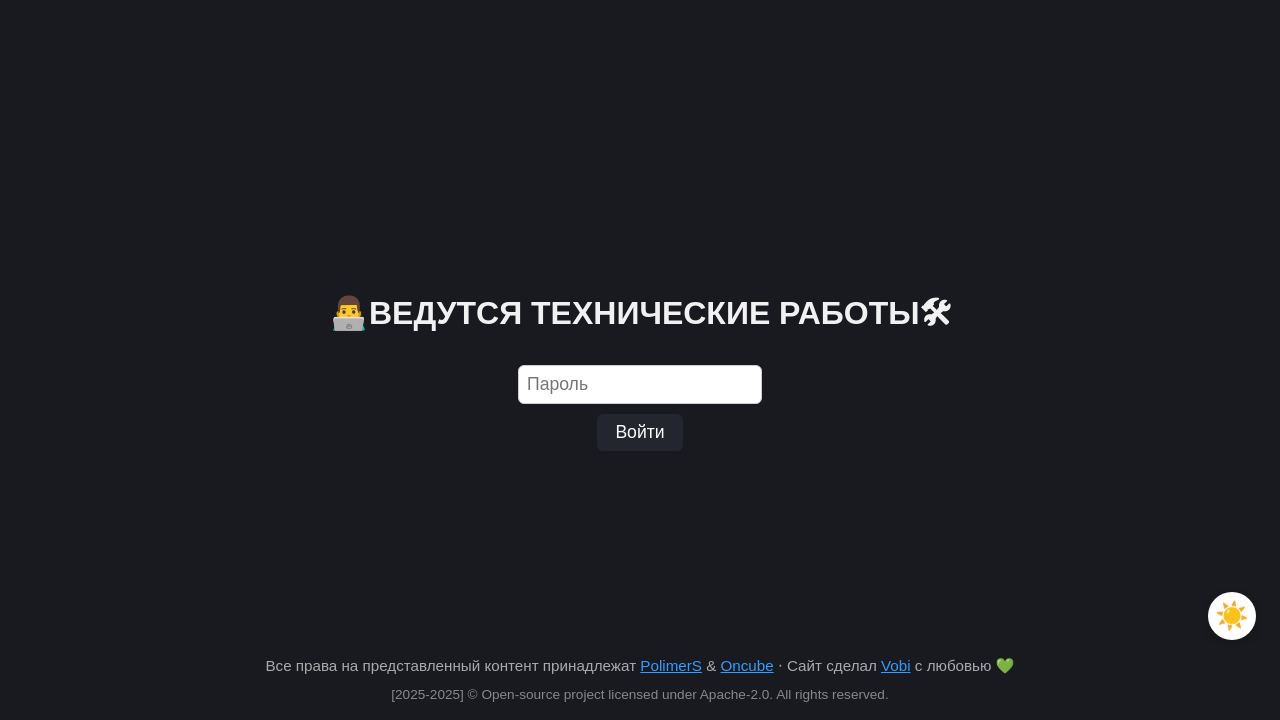
Repository: oncube-dev/OnCube-dev_website
Page: files_for_hosting/html_plus_js.version/index.html
These files come from the project's save history. The page is drawn as it stood at one moment and after the next save; the edit follows.
The browser window is 1280 px wide. The pictures show the whole page.
The page's requests for data from a server got no answer.

Above is the page before, as saved 2025-07-28 15:26:43.

### files_for_hosting/html_plus_js.version/index.html
<!DOCTYPE html>
<html lang="ru">
<head>
    <meta charset="UTF-8">
    <title>Полимер, когда видео?</title>
    <link rel="stylesheet" href="style.css">
    <style>
        body { transition: background 0.2s, color 0.2s; }
        #auth-copyright {
            position: absolute;
            left: 0;
            right: 0;
            bottom: 24px;
            text-align: center;
            font-size: 0.85em;
            color: #888;
            width: 100%;
            pointer-events: none;
        }
        .footer-note {
            position: fixed;
            left: 0;
            right: 0;
            bottom: 45px;
            text-align: center;
            font-size: 0.95em;
            color: #888;
            width: 100vw;
            z-index: 101;
            background: none;
            pointer-events: none;
        }
        #auth-copyright {
            position: fixed;
            left: 0;
            right: 0;
            bottom: 18px;
            text-align: center;
            font-size: 0.85em;
            color: #888;
            width: 100vw;
            pointer-events: none;
            z-index: 100;
        }
    </style>
</head>
<body>
    <div id="auth-container" style="display:flex; flex-direction:column; align-items:center; justify-content:center; min-height:100vh; position:relative;">
        <h1>👨‍💻ВЕДУТСЯ ТЕХНИЧЕСКИЕ РАБОТЫ🛠</h1>
        <input type="password" id="password-input" placeholder="Пароль" style="padding:8px; font-size:1.1em; margin-bottom:10px; border-radius:6px; border:1px solid #ccc;">
        <button id="login-btn" style="padding:8px 18px; font-size:1.1em; border-radius:6px; border:none; background:#23262f; color:#fff; cursor:pointer;">Войти</button>
        <div id="auth-error" style="color:#d32f2f; margin-top:10px; display:none;">Неверный пароль!</div>
    </div>
    <div id="main-content" style="display:none;">
        <div class="timer-container">
            <h1>С момента выхода последнего видео PolimerS прошло:</h1>
            <div id="timer">Загрузка...</div>
        </div>
    </div>
    <button id="theme-toggle" class="theme-toggle-btn" title="Переключить тему">🌙</button>
    <footer class="footer-note">
        Все права на представленный контент принадлежат <a href="https://www.youtube.com/@PolimerS" target="_blank" style="text-decoration:underline;">PolimerS</a> & <a href="https://github.com/oncube-dev" target="_blank" style="text-decoration:underline;">Oncube</a> ⋅ Сайт сделал <a href="https://vobi.bio.link/" target="_blank" style="text-decoration:underline;">Vobi</a> с любовью 💚
    </footer>
    <div id="auth-copyright">[2025-2025] © Open-source project licensed under Apache-2.0. All rights reserved.</div>
    <script>
        const API_KEY = 'AIzaSyD_5JR2KFtfjfmsiwnueCyyJkvWOh__aOI';
        const CHANNEL_ID = 'UCACwRQLU0Bq5yxijfnBPRfQ';

        let startDate = null;

        async function fetchLastVideoDate() {
            try {
                const apiUrl = `https://www.googleapis.com/youtube/v3/search?key=${API_KEY}&channelId=${CHANNEL_ID}&part=snippet,id&order=date&maxResults=1`;
                const response = await fetch(apiUrl);
                if (!response.ok) throw new Error('Ошибка запроса к YouTube API');
                const data = await response.json();
                const video = data.items && data.items[0];
                if (video && video.snippet && video.snippet.publishedAt) {
                    startDate = new Date(video.snippet.publishedAt);
                } else {
                    throw new Error('Не удалось получить дату видео');
                }
            } catch (e) {
                document.getElementById('timer').textContent = 'Ошибка загрузки даты видео!';
                console.error(e);
            }
        }


        function updateTimer() {
            if (!startDate) return;
            const now = new Date();
            let diff = now - startDate;
            if (diff < 0) diff = 0;
            let seconds = Math.floor(diff / 1000);
            const days = Math.floor(seconds / (24 * 3600));
            seconds %= 24 * 3600;
            const hours = Math.floor(seconds / 3600);
            seconds %= 3600;
            const minutes = Math.floor(seconds / 60);
            seconds %= 60;
            function plural(n, one, two, five) {
                n = Math.abs(n) % 100;
                let n1 = n % 10;
                if (n > 10 && n < 20) return five;
                if (n1 > 1 && n1 < 5) return two;
                if (n1 == 1) return one;
                return five;
            }
            const daysText = plural(days, 'день', 'дня', 'дней');
            const hoursText = plural(hours, 'час', 'часа', 'часов');
            const minutesText = plural(minutes, 'минута', 'минуты', 'минут');
            const secondsText = plural(seconds, 'секунда', 'секунды', 'секунд');
            document.getElementById('timer').textContent = `${days} ${daysText} ${hours} ${hoursText} ${minutes} ${minutesText} ${seconds} ${secondsText}`;
        }

        async function initTimer() {
            document.getElementById('timer').textContent = 'Загрузка даты видео...';
            await fetchLastVideoDate();
            if (startDate) {
                updateTimer();
                setInterval(updateTimer, 1000);
            }
        }
        initTimer();

        const toggleBtn = document.getElementById('theme-toggle');
        const darkClass = 'dark-theme';
        let themePref = localStorage.getItem('theme');
        let isDark = themePref === null ? true : themePref === 'dark';
        setTheme(isDark);
        toggleBtn.onclick = () => {
            isDark = !isDark;
            setTheme(isDark);
            localStorage.setItem('theme', isDark ? 'dark' : 'light');
        };
        function setTheme(isDark) {
            if (isDark) {
                document.body.classList.add(darkClass);
                toggleBtn.textContent = '☀️';
            } else {
                document.body.classList.remove(darkClass);
                toggleBtn.textContent = '🌙';
            }
        }
    </script>
    <script>
        // --- ЧЕК-ИН ---
        const AUTH_PASSWORD = 'PS';
        const authContainer = document.getElementById('auth-container');
        const mainContent = document.getElementById('main-content');
        const loginBtn = document.getElementById('login-btn');
        const passwordInput = document.getElementById('password-input');
        const authError = document.getElementById('auth-error');
        function tryLogin() {
            if (passwordInput.value === AUTH_PASSWORD) {
                authContainer.style.display = 'none';
                mainContent.style.display = '';
            } else {
                authError.style.display = 'block';
                passwordInput.value = '';
                passwordInput.focus();
            }
        }
        loginBtn.onclick = tryLogin;
        passwordInput.addEventListener('keydown', function(e) {
            if (e.key === 'Enter') tryLogin();
        });
        // --- КОНЕЦ ЧЕК-ИНА ---
    </script>
</body>
</html>

### files_for_hosting/html_plus_js.version/style.css
body {
    background: #181a20;
    color: #f1f1f1;
    font-family: Arial, sans-serif;
    margin: 0;
    padding: 0;
    height: 100vh;
    display: flex;
    align-items: center;
    justify-content: center;
}

.timer-container {
    background: #23262f;
    padding: 40px 60px;
    border-radius: 16px;
    box-shadow: 0 4px 24px rgba(0,0,0,0.32);
    text-align: center;
    color: #f1f1f1;
}

.timer-container h1 {
    font-size: 2rem;
    font-weight: bold;
    color: #f1f1f1;
}

#timer {
    font-size: 3.5rem;
    font-weight: bold;
    margin-top: 8px;
    color: #111;
    letter-spacing: 1px;
}

.footer-note {
    font-size: 0.85rem;
    color: #aaa;
    text-align: center;
    position: fixed;
    left: 0;
    width: 100vw;
    bottom: 20px;
    margin: 0;
    z-index: 100;
    box-sizing: border-box;
}

.footer-note a {
    color: #339cff;
    text-decoration: underline;
}

.theme-toggle-btn {
    position: fixed;
    right: 24px;
    bottom: 80px;
    z-index: 200;
    background: #23262f;
    color: #ffe066;
    border: none;
    border-radius: 50%;
    width: 48px;
    height: 48px;
    font-size: 1.7rem;
    cursor: pointer;
    box-shadow: 0 2px 8px rgba(0,0,0,0.18);
    transition: background 0.2s, color 0.2s;
}
.theme-toggle-btn:hover {
    background: #ffe066;
    color: #23262f;
}

body {
    background: #f5f5f5;
    color: #23262f;
}
.timer-container {
    background: #fff;
    color: #23262f;
    box-shadow: 0 4px 24px rgba(0,0,0,0.08);
}
.timer-container h1 {
    color: #23262f;
}
#timer {
    color: #111;
}
.footer-note {
    color: #888;
}
.footer-note a {
    color: #1976d2;
}

body.dark-theme {
    background: #181a20;
    color: #f1f1f1;
}
.dark-theme .timer-container {
    background: #23262f;
    color: #f1f1f1;
    box-shadow: 0 4px 24px rgba(0,0,0,0.32);
}
.dark-theme .timer-container h1 {
    color: #f1f1f1;
}
.dark-theme #timer {
    color: #fff;
}
.dark-theme .footer-note {
    color: #aaa;
}
.dark-theme .footer-note a {
    color: #339cff;
}
.dark-theme .theme-toggle-btn {
    background: #fff;
    color: #23262f;
}
.dark-theme .theme-toggle-btn:hover {
    background: #23262f;
    color: #ffe066;
}

After the next save:
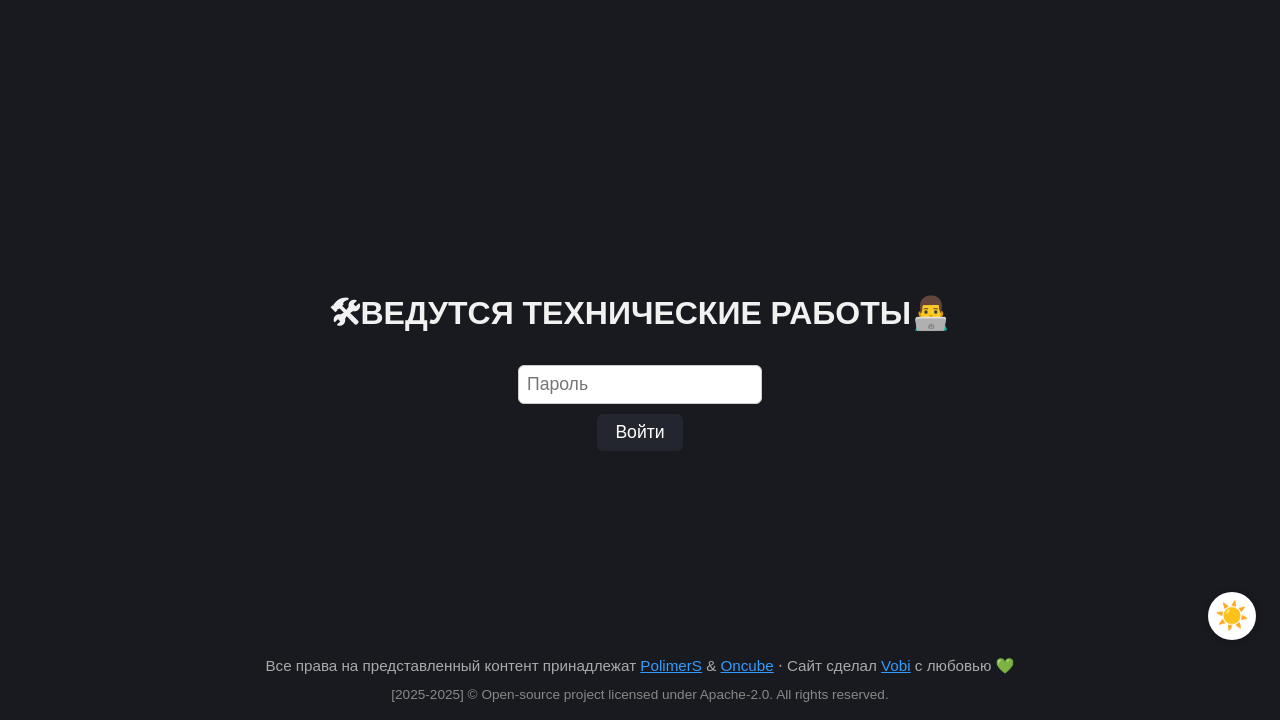
Saved 13 s later.
--- a/files_for_hosting/html_plus_js.version/index.html
+++ b/files_for_hosting/html_plus_js.version/index.html
@@ -46,7 +46,7 @@
 </head>
 <body>
     <div id="auth-container" style="display:flex; flex-direction:column; align-items:center; justify-content:center; min-height:100vh; position:relative;">
-        <h1>👨‍💻ВЕДУТСЯ ТЕХНИЧЕСКИЕ РАБОТЫ🛠</h1>
+        <h1>🛠ВЕДУТСЯ ТЕХНИЧЕСКИЕ РАБОТЫ👨‍💻</h1>
         <input type="password" id="password-input" placeholder="Пароль" style="padding:8px; font-size:1.1em; margin-bottom:10px; border-radius:6px; border:1px solid #ccc;">
         <button id="login-btn" style="padding:8px 18px; font-size:1.1em; border-radius:6px; border:none; background:#23262f; color:#fff; cursor:pointer;">Войти</button>
         <div id="auth-error" style="color:#d32f2f; margin-top:10px; display:none;">Неверный пароль!</div>
